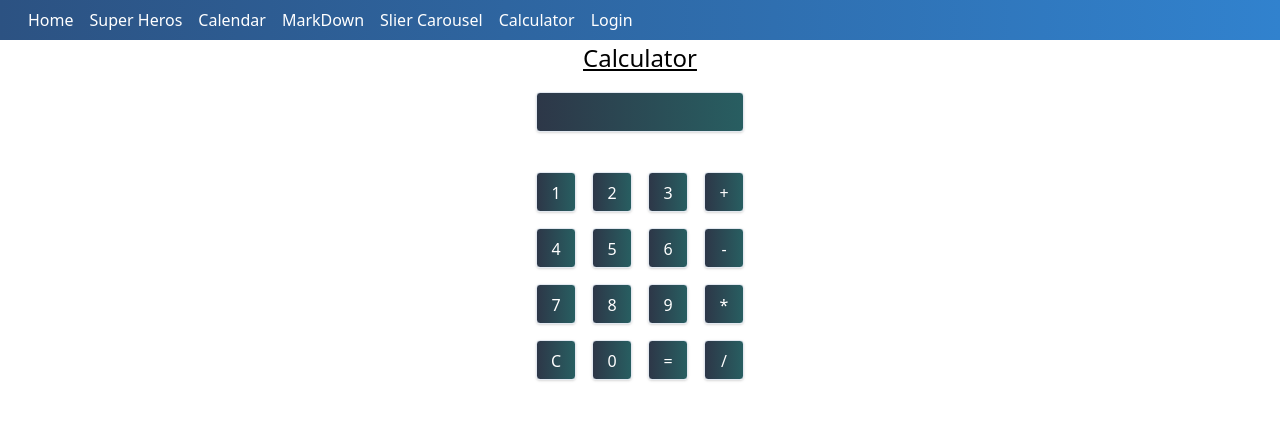
Repository: kshvkndl/VueFullCoursePractice
Page: /calculator
These files come from the project's save history. The page is drawn as it stood at one moment and after the next save; the edit follows.
The browser window is 1280 px wide. The pictures show the whole page.
The project was rebuilt for these pictures with package versions that can differ from the ones it lists, and the page was loaded fresh each time. Also part of the build but not shown: src/components/login/GoogleLogin.vue, src/components/LoginModal.vue, src/pages/SuperHeros.vue, src/pages/Calender.vue, src/pages/Home.vue, src/utilities/mixins/debounce.js, src/pages/MarkDown.vue, src/pages/Slider.vue.

Above is the page before, as saved 2020-11-24 17:19:35.

### src/main.js
import { createApp } from 'vue'
import App from './App.vue'
import './assets/style.css'
import router from './router'

const app = createApp(App);
app.use(router);
app.mount('#app');

### src/App.vue
<template>
  <AppHeader
    :isLoggedIn="isLoggedIn"
    @open-login-modal="isLoginOpen = true"
  ></AppHeader>
  <div class="w-full flex">
    <router-view></router-view>
  </div>
  <LoginModal
    v-if="isLoginOpen"
    @close-login-modal="isLoginOpen = false"
  ></LoginModal>
  <calculator></calculator>
</template>

<script>
import AppHeader from "@/components/AppHeader";
import LoginModal from "@/components/LoginModal";
import firebase from "@/utilities/firebase";

export default {
  data() {
    return {
      isLoginOpen: false,
      isLoggedIn: false,
      authUser: {},
    };
  },
  mounted() {
    firebase.auth().onAuthStateChanged((user) => {
      if (user) {
        // User is signed in, see docs for a list of available properties
        // https://firebase.google.com/docs/reference/js/firebase.User
        this.isLoggedIn = true;
        this.authUser = user;
        // ...
      } else {
        // User is signed out
        // ...
        this.isLoggedIn = false;
        this.authUser = {};
      }
    });
  },
  components: { AppHeader, LoginModal },
};
</script>

### src/router.js
import { createRouter, createWebHistory } from 'vue-router';
import SuperHeros from '@/pages/SuperHeros'
import Calender from '@/pages/Calender'
import Home from '@/pages/Home'
import MarkDown from '@/pages/MarkDown'
import Slider from '@/pages/Slider'
import Calculator from '@/pages/Calculator'


const routes = [
    { path: '/', component: Home },
    { path: '/super-heros', component: SuperHeros },
    { path: '/calendar', component: Calender },
    { path: '/markdown', component: MarkDown },
    { path: '/slider', component: Slider },
    { path: '/calculator', component: Calculator },
]

const router = createRouter({
    history: createWebHistory(),
    routes,
});
export default router;

### src/components/AppHeader.vue
<template>
  <nav
    class="w-full bg-gradient-to-r from-blue-800 to-blue-600 text-white px-5 py-2"
  >
    <router-link
      class="mx-2"
      v-for="item in list"
      :key="item.to"
      :to="item.to"
      >{{ item.title }}</router-link
    >
    <button v-if="isLoggedIn" class="mx-2" @click="logout">Logout</button>
    <button class="mx-2" v-else @click="$emit('open-login-modal')">
      Login
    </button>
  </nav>
</template>


<script>
import firebase from "@/utilities/firebase";

export default {
  props: { isLoggedIn: Boolean },
  data() {
    return {
      list: [
        { title: "Home", to: "/" },
        { title: "Super Heros", to: "/super-heros" },
        { title: "Calendar", to: "/calendar" },
        { title: "MarkDown", to: "/markdown" },
        { title: "Slier Carousel", to: "/slider" },
        { title: "Calculator", to: "/calculator" },
      ],
    };
  },

  methods: {
    logout() {
      firebase.auth().signOut();
      // .then((res) => {})
      // .catch((e) => {});
    },
  },
};
</script>

### src/utilities/firebase.js
import firebase from "firebase/app";
import "firebase/auth";

//Initialize Firebase in your app:
const firebaseConfig = {
    apiKey: "AIzaSyDjvIW3oj4Y3b7An_zw7nLTcy3s7ri5iV8",
    authDomain: "vue3-10hr-course.firebaseapp.com",
    databaseURL: "https://vue3-10hr-course.firebaseio.com",
    projectId: "vue3-10hr-course",
    storageBucket: "vue3-10hr-course.appspot.com",
    messagingSenderId: "142849199726",
    appId: "1:142849199726:web:1e3863fc8388efd1ade07f"
};

// Initialize Firebase
firebase.initializeApp(firebaseConfig);

export default firebase;

### src/pages/Calculator.vue
<template>
  <section class="flex w-full">
    <div class="m-auto">
      <h1 class="text-2xl text-center"><u>Calculator</u></h1>
      <p
        class="text-2xl text-right mt-4 border rounded shadow w-45 h-10 p-1 overflow-x-hidden text-white bg-gradient-to-r from-gray-800 to-teal-800"
        style="direction: rtl"
      >
        {{ currentNum }}
      </p>

      <div class="h-10">
        <small> {{ prevNum }} {{ selectedOperation }} {{ currentNum }} </small>
      </div>

      <div class="mb-10 grid grid-cols-4 gap-4">
        <button
          @click="buttonPressed('1')"
          class="p-2 border shadow w-10 h-10 rounded text-white bg-gradient-to-r from-gray-800 to-teal-800"
        >
          1
        </button>
        <button
          @click="buttonPressed('2')"
          class="p-2 border shadow w-10 h-10 rounded text-white bg-gradient-to-r from-gray-800 to-teal-800"
        >
          2
        </button>
        <button
          @click="buttonPressed('3')"
          class="p-2 border shadow w-10 h-10 rounded text-white bg-gradient-to-r from-gray-800 to-teal-800"
        >
          3
        </button>
        <button
          @click="buttonPressed('+')"
          class="p-2 border shadow w-10 h-10 rounded text-white bg-gradient-to-r from-gray-800 to-teal-800"
        >
          +
        </button>
        <button
          @click="buttonPressed('4')"
          class="p-2 border shadow w-10 h-10 rounded text-white bg-gradient-to-r from-gray-800 to-teal-800"
        >
          4
        </button>
        <button
          @click="buttonPressed('5')"
          class="p-2 border shadow w-10 h-10 rounded text-white bg-gradient-to-r from-gray-800 to-teal-800"
        >
          5
        </button>
        <button
          @click="buttonPressed('6')"
          class="p-2 border shadow w-10 h-10 rounded text-white bg-gradient-to-r from-gray-800 to-teal-800"
        >
          6
        </button>
        <button
          @click="buttonPressed('-')"
          class="p-2 border shadow w-10 h-10 rounded text-white bg-gradient-to-r from-gray-800 to-teal-800"
        >
          -
        </button>
        <button
          @click="buttonPressed('7')"
          class="p-2 border shadow w-10 h-10 rounded text-white bg-gradient-to-r from-gray-800 to-teal-800"
        >
          7
        </button>
        <button
          @click="buttonPressed('8')"
          class="p-2 border shadow w-10 h-10 rounded text-white bg-gradient-to-r from-gray-800 to-teal-800"
        >
          8
        </button>
        <button
          @click="buttonPressed('9')"
          class="p-2 border shadow w-10 h-10 rounded text-white bg-gradient-to-r from-gray-800 to-teal-800"
        >
          9
        </button>
        <button
          @click="buttonPressed('*')"
          class="p-2 border shadow w-10 h-10 rounded text-white bg-gradient-to-r from-gray-800 to-teal-800"
        >
          *
        </button>
        <button
          @click="buttonPressed('c')"
          class="p-2 border shadow w-10 h-10 rounded text-white bg-gradient-to-r from-gray-800 to-teal-800"
        >
          C
        </button>
        <button
          @click="buttonPressed('0')"
          class="p-2 border shadow w-10 h-10 rounded text-white bg-gradient-to-r from-gray-800 to-teal-800"
        >
          0
        </button>
        <button
          @click="buttonPressed('=')"
          class="p-2 border shadow w-10 h-10 rounded text-white bg-gradient-to-r from-gray-800 to-teal-800"
        >
          =
        </button>
        <button
          @click="buttonPressed('/')"
          class="p-2 border shadow w-10 h-10 rounded text-white bg-gradient-to-r from-gray-800 to-teal-800"
        >
          /
        </button>
      </div>
    </div>
  </section>
</template>

<script>
import { onMounted, onUnmounted, ref } from "vue";
export default {
  setup() {
    const currentNum = ref("");
    const prevNum = ref("");
    const selectedOperation = ref("");
    const operations = ["+", "-", "*", "/"];
    const numbers = ["1", "2", "3", "4", "5", "6", "7", "8", "9", "0"];

    function buttonPressed(value) {
      if (value === "=" || value === "Enter") calculate();

      if (value === "c") clear();
      else if (operations.includes(value)) applyOperation(value);
      else if (numbers.includes(value)) appendNumber(value);
    }

    function appendNumber(value) {
      currentNum.value = currentNum.value + value;
    }

    function applyOperation(value) {
      calculate();
      prevNum.value = currentNum.value;
      currentNum.value = "";
      selectedOperation.value = value;
    }

    function calculate() {
      if (selectedOperation.value === "+") sum();
      else if (selectedOperation.value === "-") subtract();
      else if (selectedOperation.value === "*") multiply();
      else if (selectedOperation.value === "/") divide();

      prevNum.value = "";
      selectedOperation.value = "";
    }
    const sum = () => (currentNum.value = +prevNum.value + +currentNum.value);
    const subtract = () =>
      (currentNum.value = prevNum.value - currentNum.value);
    const multiply = () =>
      (currentNum.value = prevNum.value * currentNum.value);
    const divide = () => (currentNum.value = prevNum.value / currentNum.value);

    const clear = () => (currentNum.value = "");

    const handleKeydown = (e) => buttonPressed(e.key);

    onMounted(() => window.addEventListener("keydown", handleKeydown));

    onUnmounted(() => window.removeEventListener("keydown", handleKeydown));

    return {
      currentNum,
      buttonPressed,
      selectedOperation,
      prevNum,
    };
  },
};
</script>

Loaded but not shown: public/index.html (common file); src/assets/style.css (common file); tailwind.config.js (common file)

After the next save:
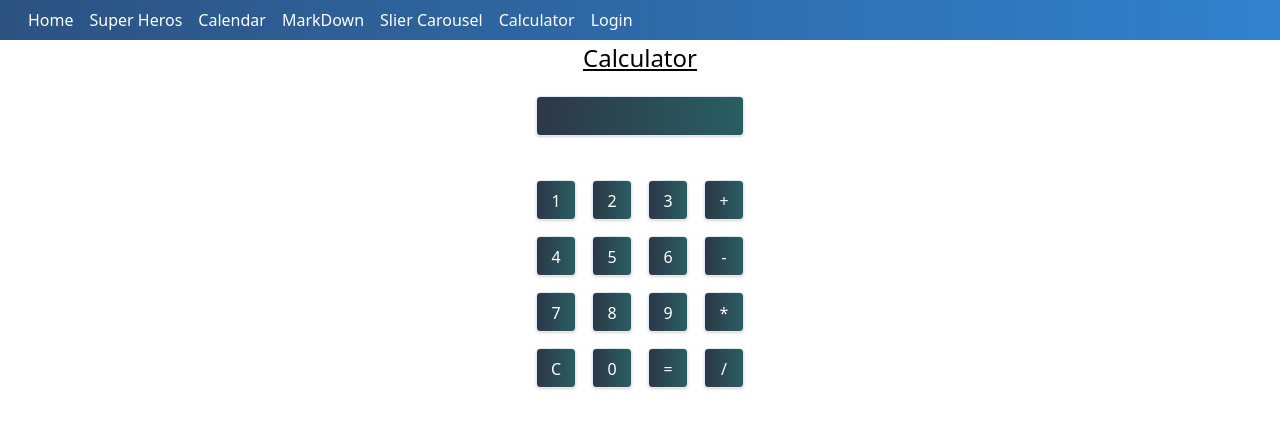
Saved 22 s later.
--- a/src/pages/Calculator.vue
+++ b/src/pages/Calculator.vue
@@ -3,7 +3,7 @@
     <div class="m-auto">
       <h1 class="text-2xl text-center"><u>Calculator</u></h1>
       <p
-        class="text-2xl text-right mt-4 border rounded shadow w-45 h-10 p-1 overflow-x-hidden text-white bg-gradient-to-r from-gray-800 to-teal-800"
+        class="text-2xl text-right mt-5 mb-1 border rounded shadow w-45 h-10 p-1 overflow-x-hidden text-white bg-gradient-to-r from-gray-800 to-teal-800"
         style="direction: rtl"
       >
         {{ currentNum }}
